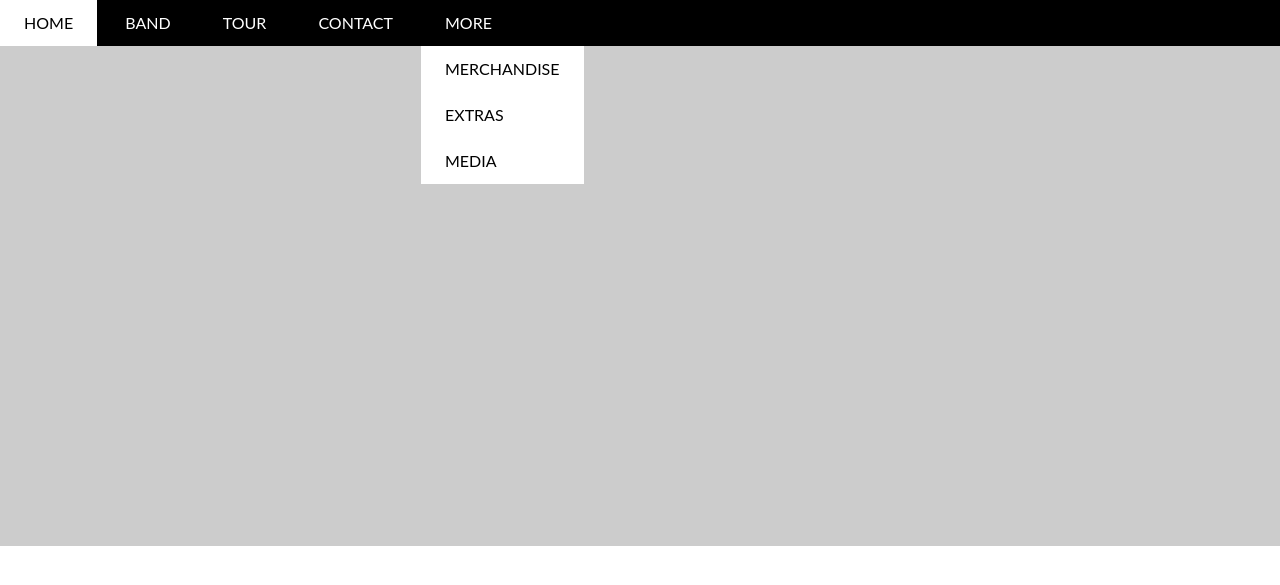
Repository: tatvanhco/web-dau-tay
Page: index.html
These files come from the project's save history. The page is drawn as it stood at one moment and after the next save; the edit follows.
The browser window is 1280 px wide. The pictures show the whole page.
The pointer rests on the first visible `#nav > li`.

Above is the page before, as saved 2022-01-23 16:43:44.

After the next save:
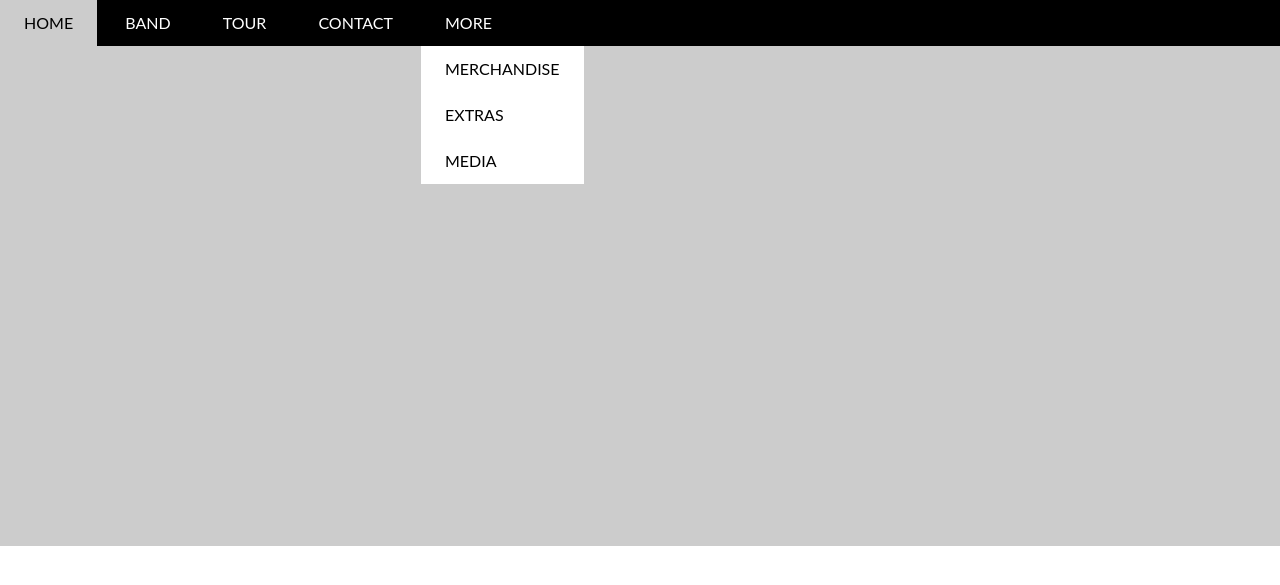
Saved 32 s later.
--- a/assets/css/style.css
+++ b/assets/css/style.css
@@ -31,7 +31,7 @@ body {
 }
 
 #nav > li:hover > a {
-    background-color: #fff;
+    background-color: #ccc;
     color: #000;
 }
 
